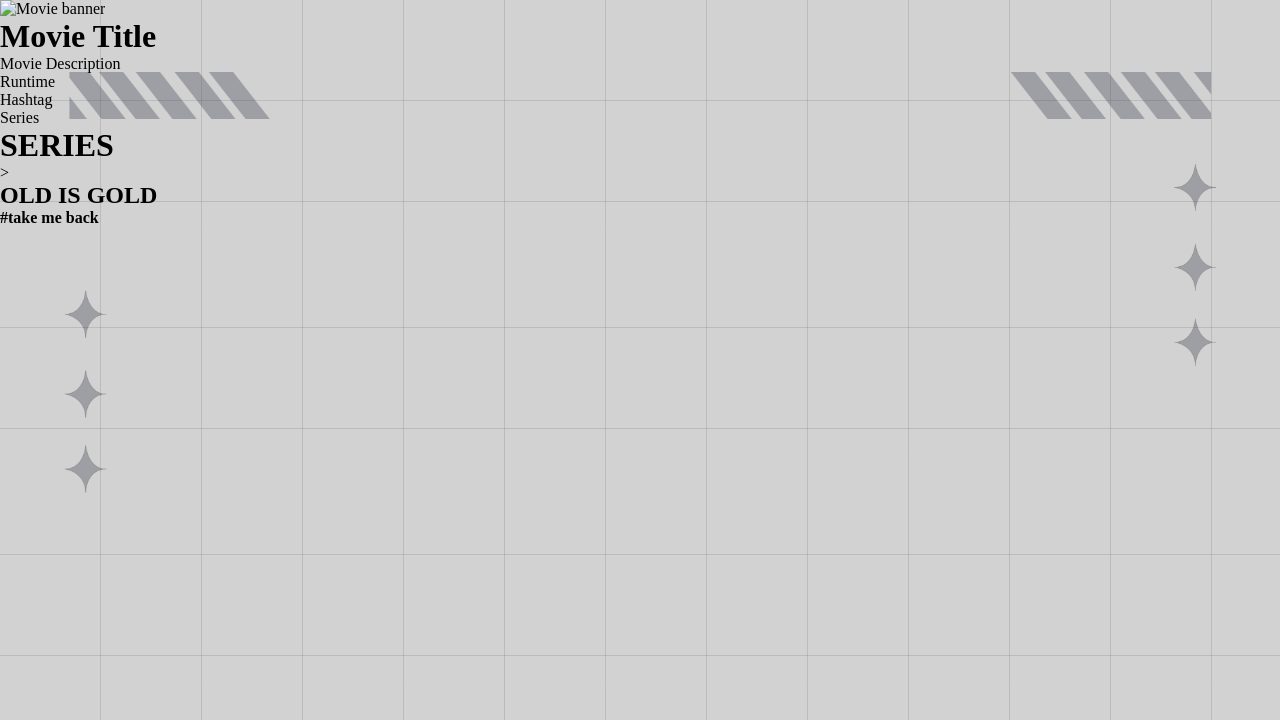
Repository: PEEZYBEE/phase-1-javascript-project-mode
Page: index.html
The author's editor kept a copy of each file at every save. The page is drawn from the files as they stood at one save, then again after the next save.
The browser window is 1280 px wide. The pictures show the whole page.
Some web fonts or font styles are not loaded; a fallback is used.

Above is the page before, as saved 2025-03-25 19:32:34.

### index.html
<!DOCTYPE html>
 <html lang="en">
 <head>
     <meta charset="UTF-8">
     <meta name="viewport" content="width=device-width, initial-scale=1.0">
     <title>Document</title>
     <style>

         *{
             margin: 0;
             padding: 0;
             box-sizing: border-box;
         }
         body{
             background-color: #D2D2D2;
             background-image:
             repeating-linear-gradient(
                 to right, transparent 0 100px,
                 #25283b22 100px 101px
             ),
             repeating-linear-gradient(
                 to bottom, transparent 0 100px,
                 #25283b22 100px 101px
             );
         }

         body::before{
             position: absolute;
             width: min(1400px, 90vw);
             top: 10%;
             left: 50%;
             height: 90%;
             transform: translateX(-50%);
             content: '';
             background-image: url(images/bg.png);
             background-size: 100%;
             background-repeat: no-repeat;
             background-position: top center;
             pointer-events: none;
         }
     </style>
     <link rel="stylesheet" href="style.css">
 </head>
 <body>

     <div class="container">
        <div id="movie details">
            <img id="banner" src="" alt="Movie banner">
            <h1 id="title">Movie Title</h1>
            <p id="description">Movie Description</p>
            <p id="runtime">Runtime</p>
            <p id="hashtad">Hashtag</p>

        </div>

        <ul id="series">Series


        </ul>



         <!--<div class="slider" style="--quantity: 10">
             <div class="item" style="--position: 1"><img src="images/dragon.png" alt=""></div>
             <div class="item" style="--position: 3"><img src="images/kingdom.png" alt=""></div>
             <div class="item" style="--position: 4"><img src="images/sails.png" alt=""></div>
             <div class="item" style="--position: 5"><img src="images/thrones.png" alt=""></div>
             <div class="item" style="--position: 6"><img src="images/thrones2.png" alt=""></div>
             <div class="item" style="--position: 7"><img src="images/wall.png" alt=""></div>
             <div class="item" style="--position: 8"><img src="images/bone.png" alt=""></div>
             <div class="item" style="--position: 9"><img src="images/del.png" alt=""></div>
             <div class="item" style="--position: 10"><img src="images/witcher.png" alt=""></div>
             <div class="item" style="--position: 2"><img src="images/fall.png" alt=""></div>
       </div>-->
         <div class="content">
             <h1 data-content="SERIES">SERIES</h1>>

             <div class="author">
                 <h2>OLD IS GOLD</h2>
                 <p><b> #take me back</b></p>

             </div>
             <div class="model"></div>
         </div>
     </div>

 </body>
 </html>

### style.css
@import url('https://fonts.cdnfonts.com/css/ica-rubrik-black');
 @import url('https://fonts.cdnfonts.com/css/poppins');

 .banner{
     width: 100%;
     height: 100vh;
     text-align: center;
     overflow: hidden;
     position: relative;
 }
 .banner .slider{
     position: absolute;
     width: 200px;
     height: 250px;
     top: 10%;
     left: calc(50% - 100px);
     transform-style: preserve-3d;
     transform: perspective(1000px);
     animation: autoRun 20s linear infinite;
     z-index: 2;
 }
 @keyframes autoRun{
     from{
         transform: perspective(1000px) rotateX(-16deg) rotateY(0deg);
     }to{
         transform: perspective(1000px) rotateX(-16deg) rotateY(360deg);
     }
 }

 .banner .slider .item{
     position: absolute;
     inset: 0 0 0 0;
     transform:
         rotateY(calc( (var(--position) - 1) * (360 / var(--quantity)) * 1deg))
         translateZ(550px);
 }
 .banner .slider .item img{
     width: 100%;
     height: 100%;
     object-fit: cover;
 }
 .banner .content{
     position: absolute;
     bottom: 0;
     left: 50%;
     transform: translateX(-50%);
     width: min(1400px, 100vw);
     height: max-content;
     padding-bottom: 100px;
     display: flex;
     flex-wrap: wrap;
     justify-content: space-between;
     align-items: center;
     z-index: 1;
 }
 .banner .content h1{
     font-family: 'ICA Rubrik';
     font-size: 16em;
     line-height: 1em;
     color: #25283B;
     position: relative;
 }
 .banner .content h1::after{
     position: absolute;
     inset: 0 0 0 0;
     content: attr(data-content);
     z-index: 2;
     -webkit-text-stroke: 2px #d2d2d2;
     color: transparent;
 }
 .banner .content .author{
     font-family: Poppins;
     text-align: right;
     max-width: 200px;
 }
 .banner .content h2{
     font-size: 3em;
 }
 .banner .content .model{
     background-image: url(images/model.png);
     width: 100%;
     height: 75vh;
     position: absolute;
     bottom: 0;
     left: 0;
     background-size: auto 130%;
     background-repeat: no-repeat;
     background-position: top center;
     z-index: 1;
 }

After the next save:
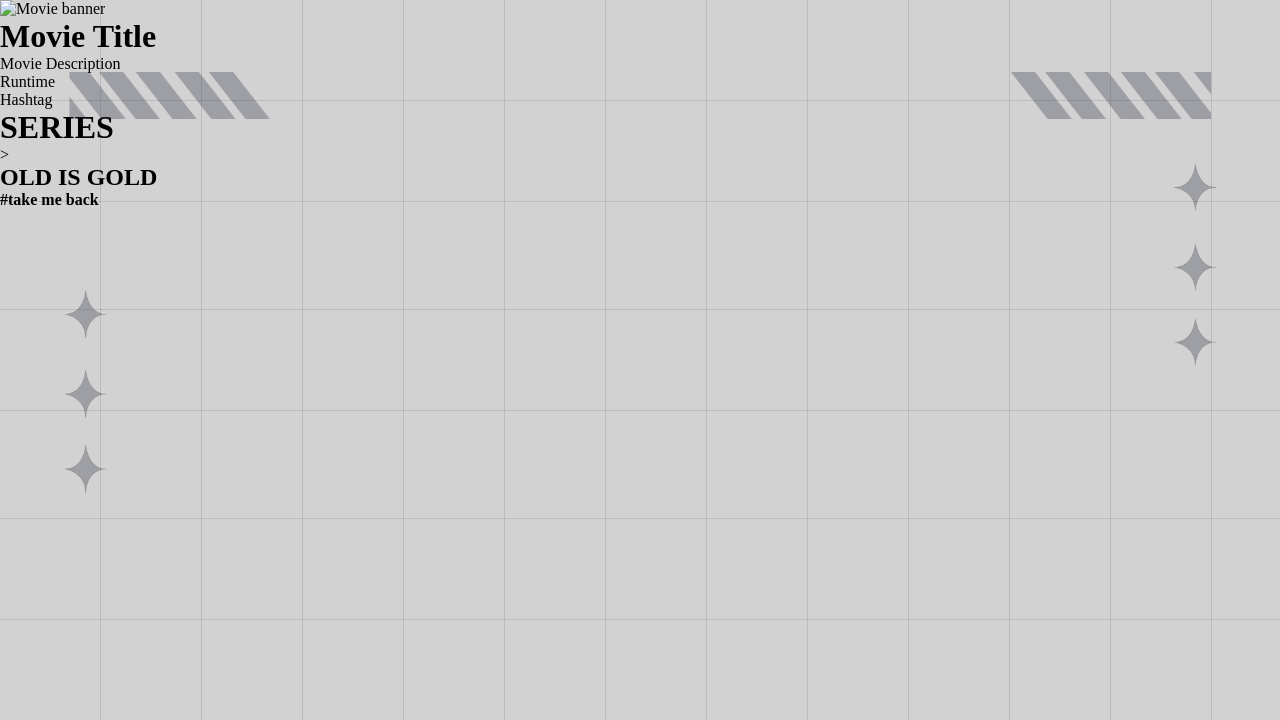
Saved 4 s later.
--- a/index.html
+++ b/index.html
@@ -53,7 +53,7 @@
 
         </div>
 
-        <ul id="series">Series
+        <ul id="series">
 
 
         </ul>
